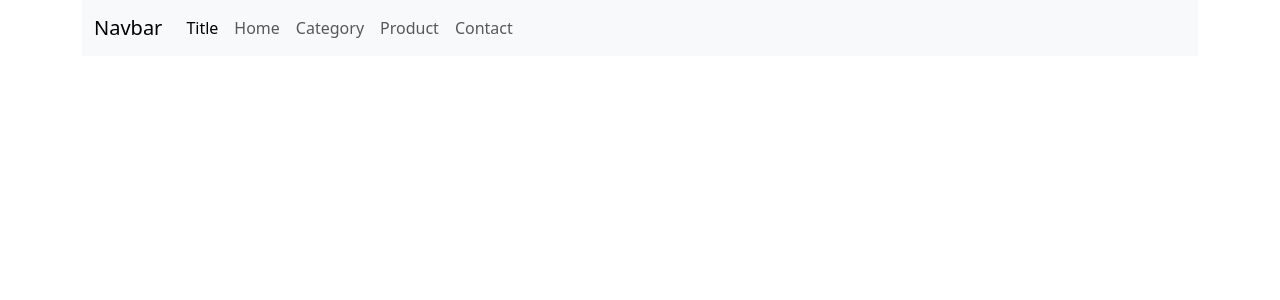
Repository: ndmq03102002/crud_laravel
Page: http://localhost/admin/category/create
These files come from the project's save history. The page is drawn as it stood at one moment and after a run of saves; the edit follows.
The browser window is 1280 px wide. The pictures show the whole page.
The page is served by the project's Laravel application, run on PHP 8.4 with Laravel 10. A made-up administrator, Test User (test@example.com), is signed in. Other server files are loaded and not shown.

Above is the page before, as saved 2024-07-12 10:15:12.

### routes/web.php
<?php

use App\Http\Controllers\HomeController;
use App\Http\Controllers\AdminController;
use Illuminate\Support\Facades\Route;
use App\Http\Controllers\ProductController;
use App\Http\Controllers\CategoryController;
/*
|--------------------------------------------------------------------------
| Web Routes
|--------------------------------------------------------------------------
|
| Here is where you can register web routes for your application. These
| routes are loaded by the RouteServiceProvider and all of them will
| be assigned to the "web" middleware group. Make something great!
|
*/

Route::group(['prefix' => ''], function () {
    Route::get('/', [HomeController::class, 'index'])->name('home.index');
});

Route::get('/admin/login', [AdminController::class, 'login'])->name('admin.login');
Route::post('/admin/login', [AdminController::class, 'Checklogin']);
Route::get('/admin/register', [AdminController::class, 'register'])->name('admin.register');
Route::post('/admin/register', [AdminController::class, 'Checkregister']);


Route::group(['prefix' => 'admin', 'middleware'=>'auth'], function () {
    Route::get('/', [AdminController::class, 'index'])->name('admin.index');
    Route::resources([
        'product' => ProductController::class,
        'category' => CategoryController::class,
    ]);
});

### app/Http/Controllers/CategoryController.php
<?php

namespace App\Http\Controllers;

use App\Models\Category;
use Illuminate\Http\Request;

class CategoryController extends Controller
{
    /**
     * Display a listing of the resource.
     */
    public function index()
    {
        $cats = Category::orderBy('id', 'desc')->paginate(50);
        return view('admin.category.index', compact('cats'));
    }

    /**
     * Show the form for creating a new resource.
     */
    public function create()
    {
        return view('admin.category.create');
    }

    /**
     * Store a newly created resource in storage.
     */
    public function store(Request $request)
    {
        $request->validate([
            'name' => 'required|unique:categories',

        ]);
        $data = request()->all('name','status');
        Category::create($data);
        return redirect()->route('category.index');
    }

    /**
     * Display the specified resource.
     */
    public function show(Category $category)
    {
        //
    }

    /**
     * Show the form for editing the specified resource.
     */
    public function edit(Category $category)
    {
        //
    }

    /**
     * Update the specified resource in storage.
     */
    public function update(Request $request, Category $category)
    {
        //
    }

    /**
     * Remove the specified resource from storage.
     */
    public function destroy(Category $category)
    {
        //
    }
}

### resources/views/admin/category/create.blade.php
@extends('admin.admin')

@section('main')




@endsection

### resources/views/admin/admin.blade.php
<!doctype html>
<html lang="en">
    <head>
        <title>Title</title>
        <!-- Required meta tags -->
        <meta charset="utf-8" />
        <meta
            name="viewport"
            content="width=device-width, initial-scale=1, shrink-to-fit=no"
        />

        <!-- Bootstrap CSS v5.2.1 -->
        <link
            href="https://cdn.jsdelivr.net/npm/bootstrap@5.3.2/dist/css/bootstrap.min.css"
            rel="stylesheet"
            integrity="sha384-T3c6CoIi6uLrA9TneNEoa7RxnatzjcDSCmG1MXxSR1GAsXEV/Dwwykc2MPK8M2HN"
            crossorigin="anonymous"
        />
    </head>

    <body>

        <div
            class="container"
        >
        <nav class="navbar navbar-expand-lg bg-body-tertiary">
            <div class="container-fluid">
              <a class="navbar-brand" href="#">Navbar</a>
              <button class="navbar-toggler" type="button" data-bs-toggle="collapse" data-bs-target="#navbarNav" aria-controls="navbarNav" aria-expanded="false" aria-label="Toggle navigation">
                <span class="navbar-toggler-icon"></span>
              </button>
              <div class="collapse navbar-collapse" id="navbarNav">
                <ul class="navbar-nav">
                  <li class="nav-item">
                    <a class="nav-link active" aria-current="page" href="#">Title</a>
                  </li>
                  <li class="nav-item">
                    <a class="nav-link" href="{{route('admin.index')}}">Home</a>
                  </li>
                  <li class="nav-item">
                    <a class="nav-link" href="{{route('category.index')}}">Category</a>
                  </li>
                  <li class="nav-item">
                    <a class="nav-link" href="{{route('product.index')}}">Product</a>
                  </li>
                    <li class="nav-item">
                        <a class="nav-link" href="#">Contact</a>
                    </li>
                </ul>
              </div>
            </div>
          </nav>

        </div>

        <div
            class="container"
        >
            @yield('main')
        </div>





        <script
            src="https://cdn.jsdelivr.net/npm/@popperjs/core@2.11.8/dist/umd/popper.min.js"
            integrity="sha384-I7E8VVD/ismYTF4hNIPjVp/Zjvgyol6VFvRkX/vR+Vc4jQkC+hVqc2pM8ODewa9r"
            crossorigin="anonymous"
        ></script>

        <script
            src="https://cdn.jsdelivr.net/npm/bootstrap@5.3.2/dist/js/bootstrap.min.js"
            integrity="sha384-BBtl+eGJRgqQAUMxJ7pMwbEyER4l1g+O15P+16Ep7Q9Q+zqX6gSbd85u4mG4QzX+"
            crossorigin="anonymous"
        ></script>
    </body>
</html>

Loaded but not shown: app/Models/User.php (common file); app/Http/Controllers/Controller.php (common file)

After the next 4 saves:
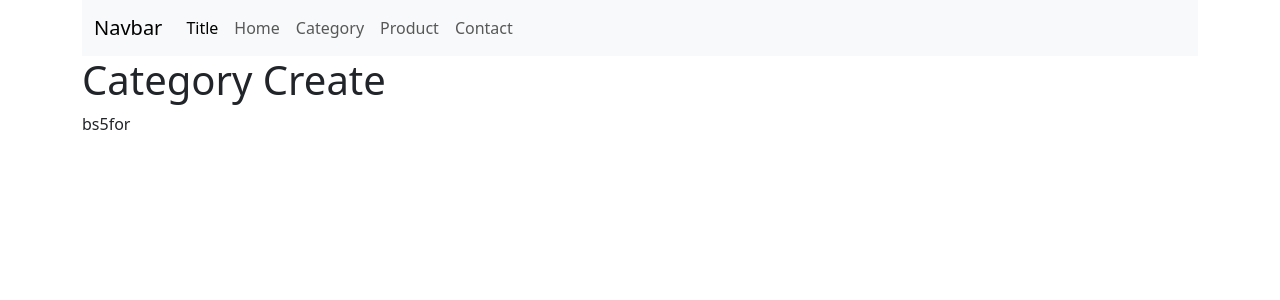
The 4 saves are shown as one change because they came seconds apart.
The last was saved 15 s later.
--- a/resources/views/admin/category/create.blade.php
+++ b/resources/views/admin/category/create.blade.php
@@ -2,7 +2,9 @@
 
 @section('main')
 
+<h1>Category Create</h1>
 
+bs5for
 
 
 @endsection
